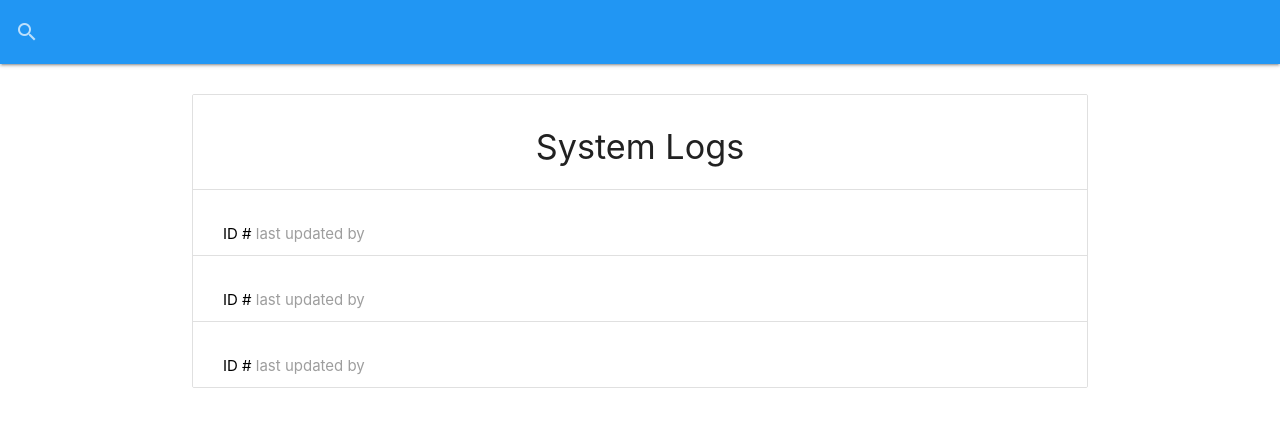
Repository: chinmayparab/log-keeper
Page: /
These files come from the project's save history. The page is drawn as it stood at one moment and after the next save; the edit follows.
The browser window is 1280 px wide. The pictures show the whole page.
The project was rebuilt for these pictures with package versions that can differ from the ones it lists, and the page was loaded fresh each time. Requests to the local data server were answered from the project's data file. Also part of the build but not shown: src/App.css.

Above is the page before, as saved 2020-06-26 23:55:22.

After the next save:
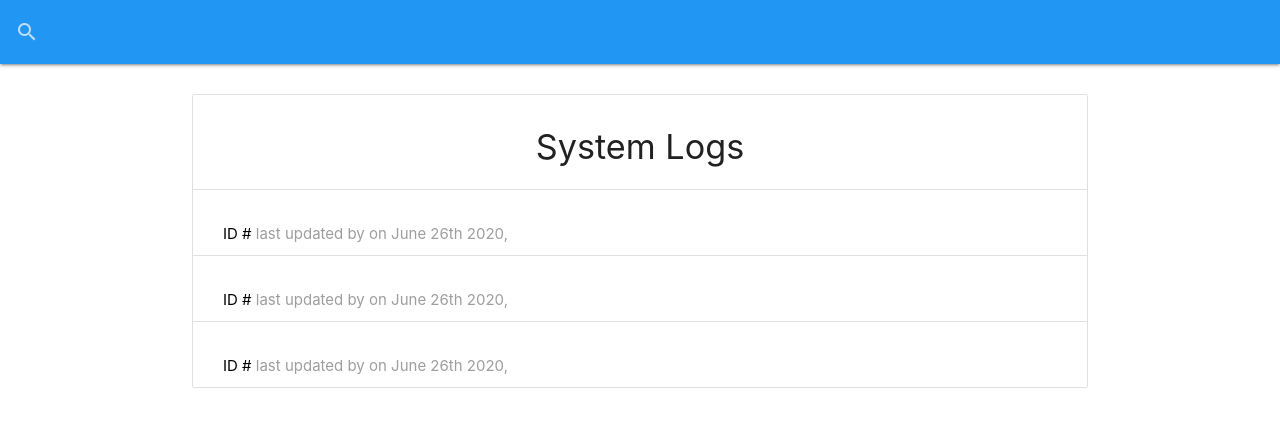
Saved 59 s later.
--- a/src/components/logs/LogItem.js
+++ b/src/components/logs/LogItem.js
@@ -15,7 +15,8 @@ const LogItem = (log) => {
         <br />
         <span className='grey-text'>
           <span className='black-text'>ID #{log.id}</span> last updated by {""}
-          <span className='black-text'>{log.tech}</span>
+          <span className='black-text'>{log.tech}</span> on{" "}
+          <Moment format='MMMM Do YYYY,'></Moment>
         </span>
       </div>
     </li>
